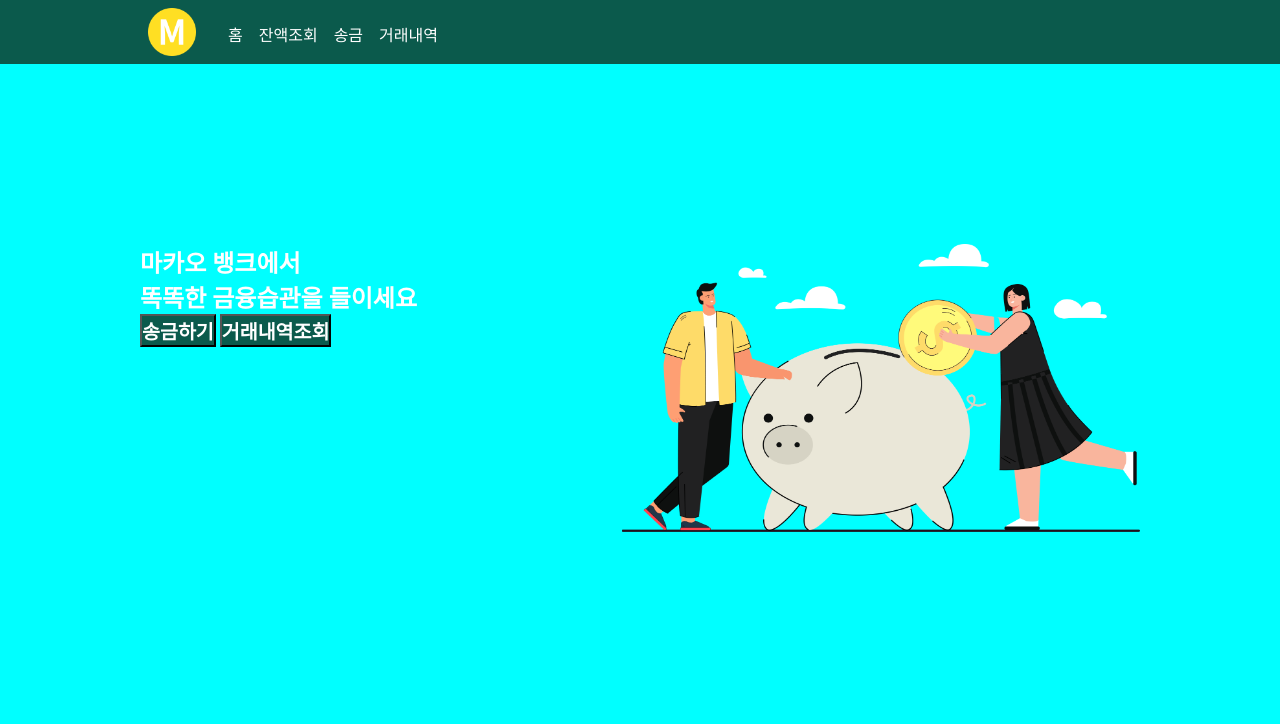
Repository: JiNookk/makaobank
Page: week06/makaoBank/index.html
The author's editor kept a copy of each file at every save. The page is drawn from the files as they stood at one save, then again after the next save.
The browser window is 1280 px wide. The pictures show the whole page.

Above is the page before, as saved 2022-09-13 16:20:50.

After the next save:
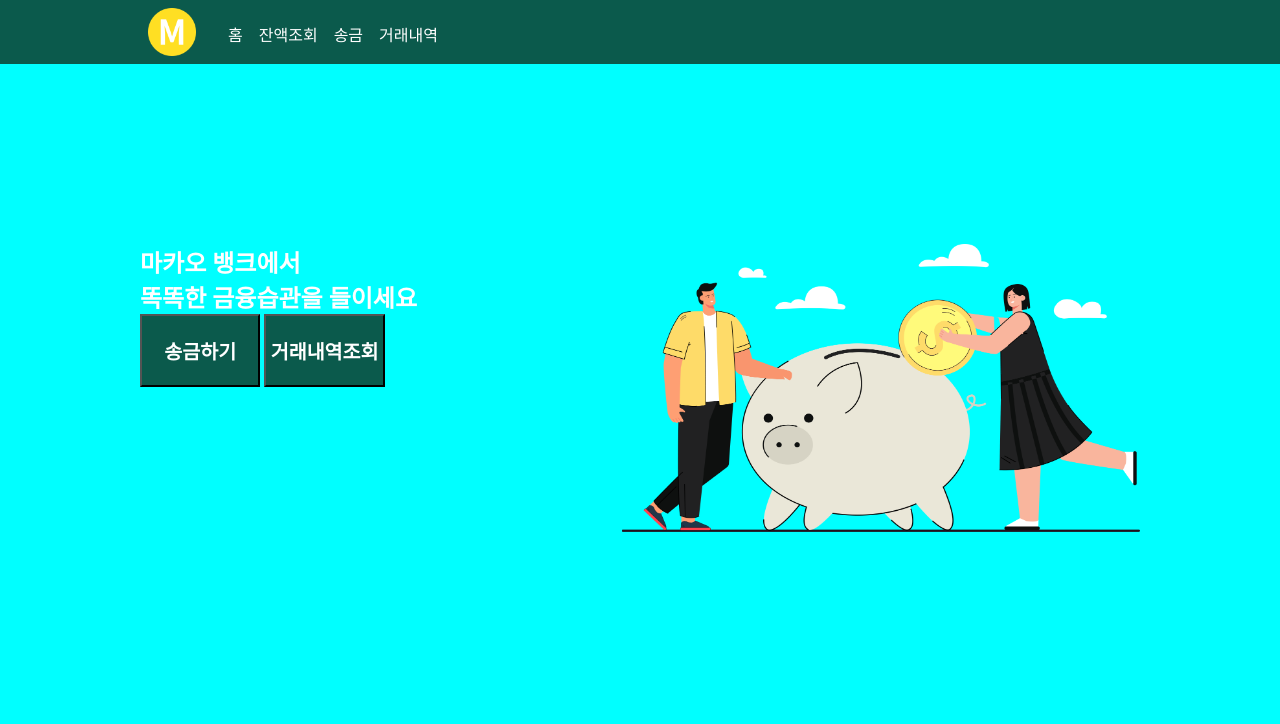
Saved 30 s later.
--- a/week06/makaoBank/css/elements.css
+++ b/week06/makaoBank/css/elements.css
@@ -35,6 +35,8 @@ a{
     background-color: rgb(11,90,76);
     color: white;
 
+    width: 25%;
+    height: 25%;
 }
 
 #saving-image{
